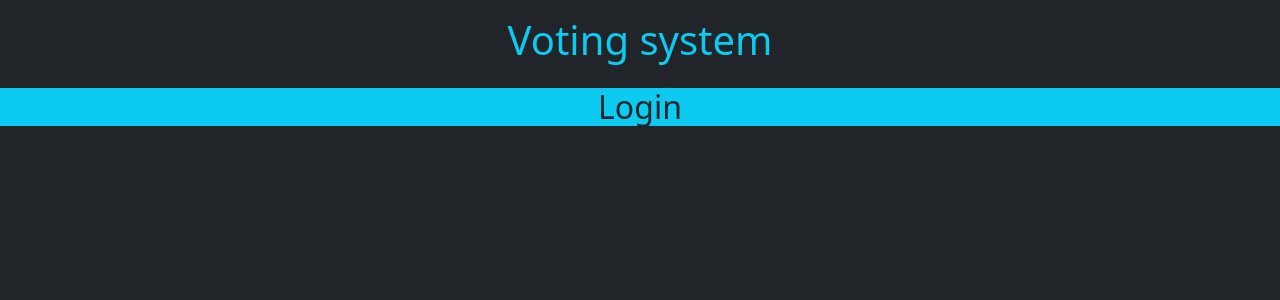
Repository: AvinashLikesToLearnNewStuff/VotingSite
Page: http://localhost/
These files come from the project's save history. The page is drawn as it stood at one moment and after the next save; the edit follows.
The browser window is 1280 px wide. The pictures show the whole page.
The page is run by PHP 8.4 with error messages shown; the project is at /var/www/html/.

Above is the page before, as saved 2023-03-09 09:49:08.

After the next save:
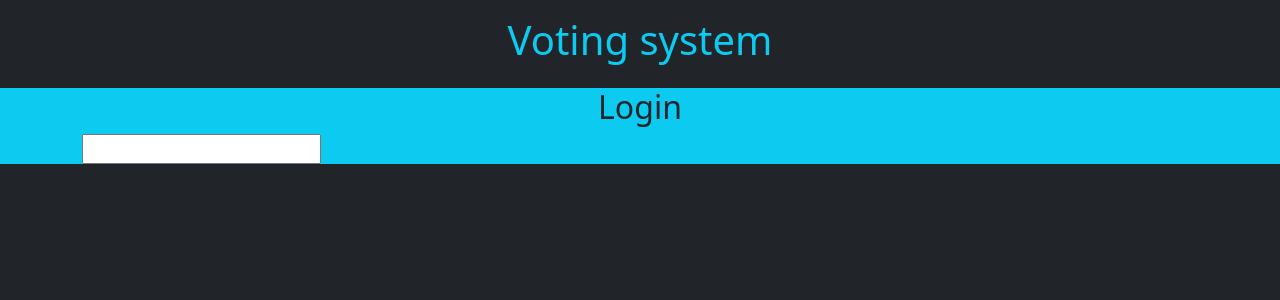
Saved 16 s later.
--- a/index.php
+++ b/index.php
@@ -14,7 +14,9 @@
         <h2 class="text-center">Login</h2>
         <div class="container">
             <form action="">
-                <div class="mb3"></div>
+                <div class="mb3">
+                    <input type="text" name="username">
+                </div>
             </form>
         </div>
     </div>
